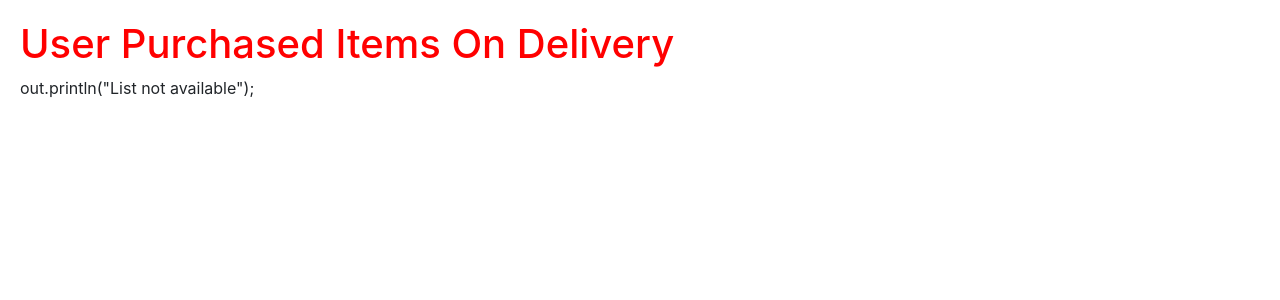
Repository: piyushj81/ComputerShop
Page: http://localhost/computershop/shopproductcontroller
The author's editor kept a copy of each file at every save. The page is drawn from the files as they stood at one save, then again after the next save.
The browser window is 1280 px wide. The pictures show the whole page.
The page is served by Tomcat 9. Queries for data that is not in the repository find no rows.

Above is the page before, as saved 2021-10-15 10:08:22.

After the next save:
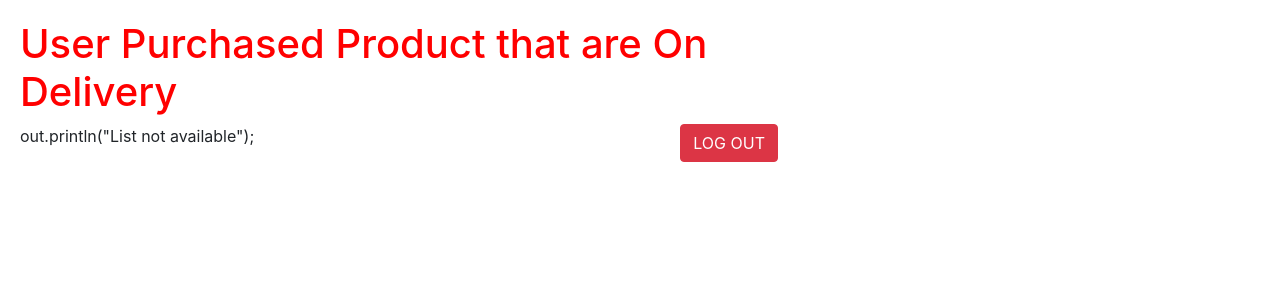
Saved 71 s later.
--- a/computershop/WebContent/usershoppingdetails.jsp
+++ b/computershop/WebContent/usershoppingdetails.jsp
@@ -31,7 +31,9 @@
 <title>Shopping Details</title>
 </head>
 <body>
-<h1 style="color:red;"    >User Purchased  Items On Delivery</h1>
+<h1 style="color:red;" >User Purchased Product that are On Delivery</h1>
+
+<a href="LogoutController" ><button class="btn btn-danger" type="button"  style= "float: right; margin-right:2px;"   > LOG OUT</button></a>
 
 
 <%
